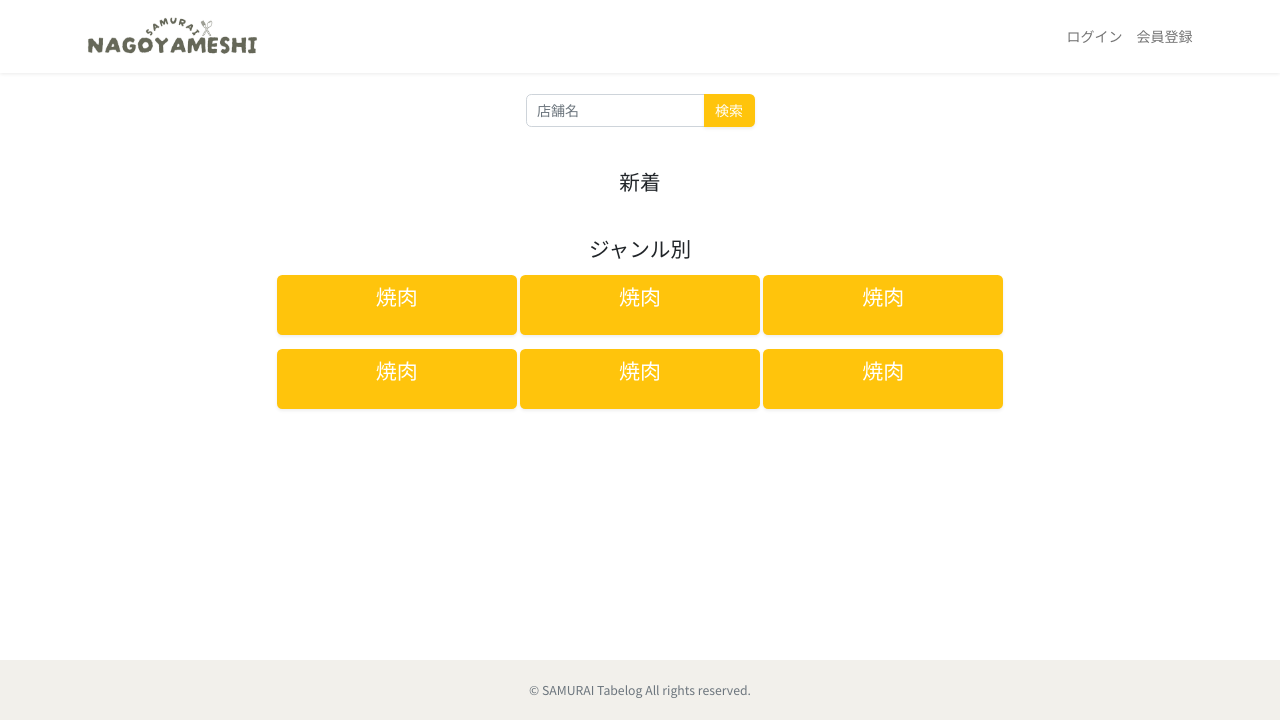
Repository: Mofu-Ya/springboot-tabelog-kadai
Page: http://localhost/index
The author's editor kept a copy of each file at every save. The page is drawn from the files as they stood at one save, then again after the next save.
The browser window is 1280 px wide. The pictures show the whole page.
The page is this project's Thymeleaf template; nobody is signed in. The template is opened directly, without the code that normally fills it, so the values that code supplies are empty.

Above is the page before, as saved 2025-01-18 02:10:29.

After the next save:
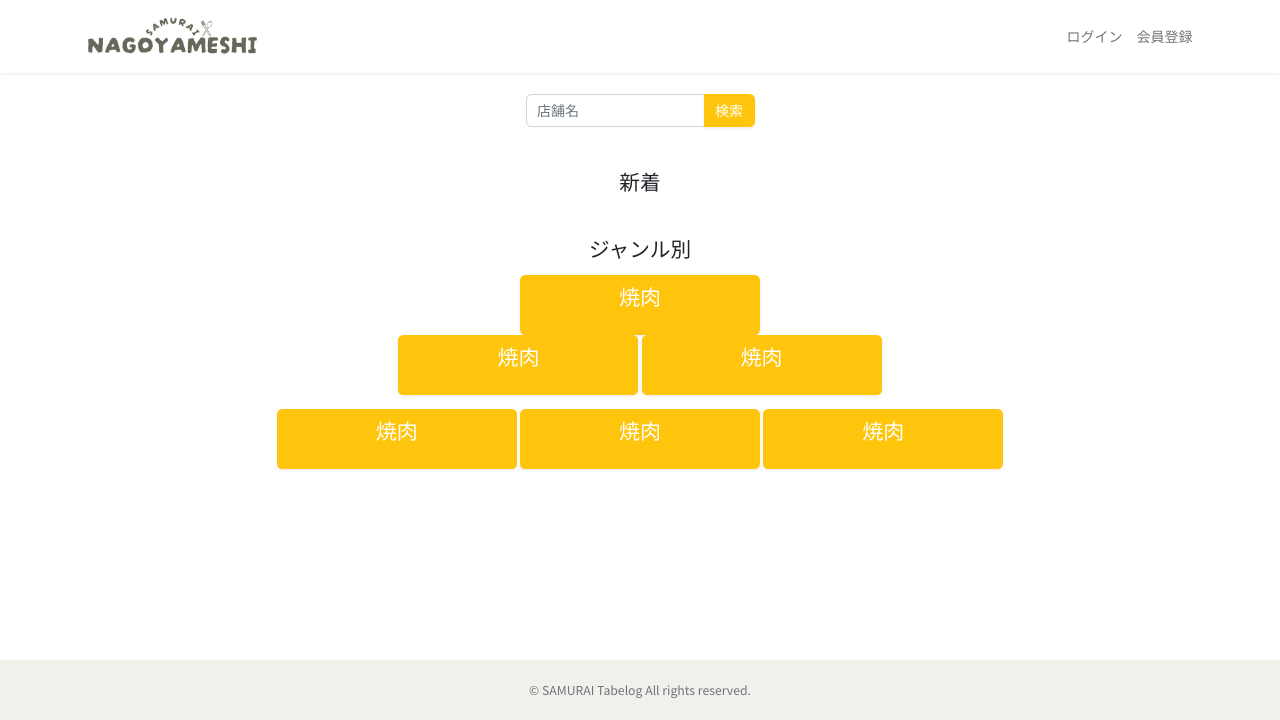
Saved 2 min 22 s later.
--- a/kadai_002/samuraitabelog/src/main/resources/templates/index.html
+++ b/kadai_002/samuraitabelog/src/main/resources/templates/index.html
@@ -64,7 +64,9 @@
 
 						 <div class="row mb-3">
 							 <div class="col text-center">
+								 <div class="d-flex justify-content-center">
 							<a class="btn text-white shadow-sm category-btn samuraitabelog-btn" th:href="@{/restaurants}">焼肉</a>
+						 	</div>
 						 	<a class="btn text-white shadow-sm category-btn samuraitabelog-btn" th:href="@{/restaurants}">焼肉</a>
 						 	<a class="btn text-white shadow-sm category-btn samuraitabelog-btn" th:href="@{/restaurants}">焼肉</a>
 						 	</div>

After the save that followed:
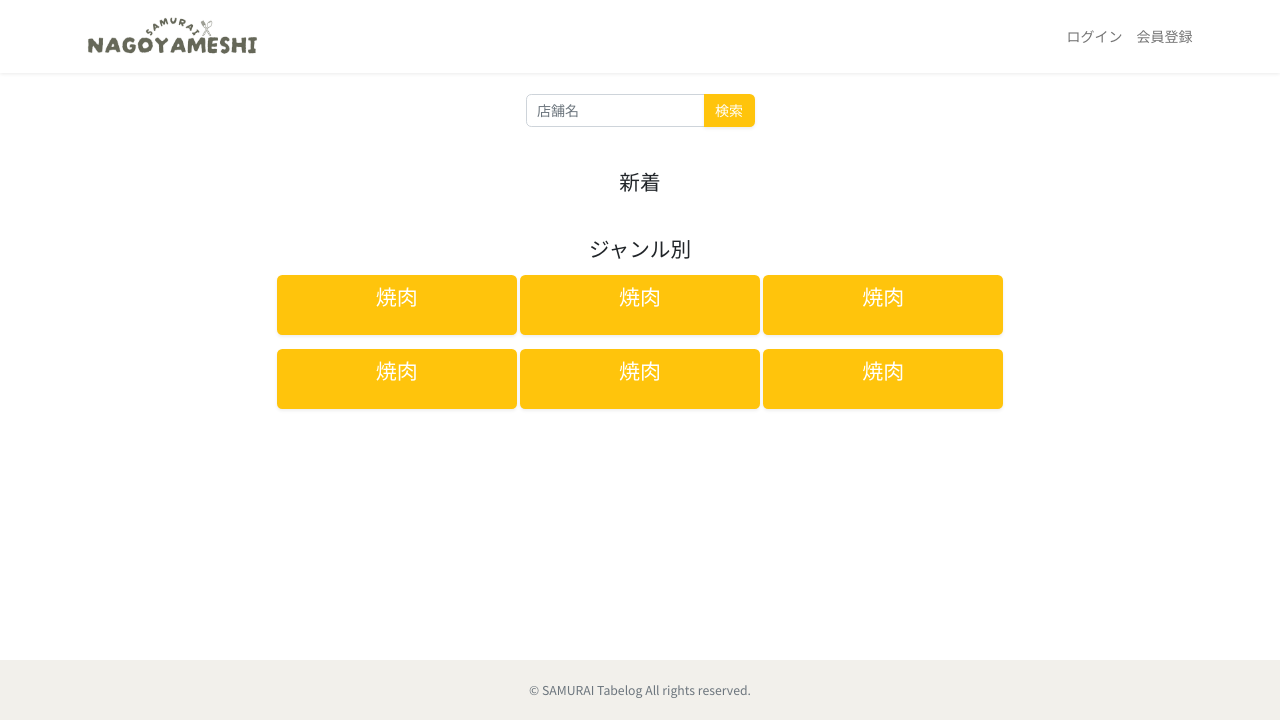
Saved 25 s later.
--- a/kadai_002/samuraitabelog/src/main/resources/templates/index.html
+++ b/kadai_002/samuraitabelog/src/main/resources/templates/index.html
@@ -64,9 +64,7 @@
 
 						 <div class="row mb-3">
 							 <div class="col text-center">
-								 <div class="d-flex justify-content-center">
 							<a class="btn text-white shadow-sm category-btn samuraitabelog-btn" th:href="@{/restaurants}">焼肉</a>
-						 	</div>
 						 	<a class="btn text-white shadow-sm category-btn samuraitabelog-btn" th:href="@{/restaurants}">焼肉</a>
 						 	<a class="btn text-white shadow-sm category-btn samuraitabelog-btn" th:href="@{/restaurants}">焼肉</a>
 						 	</div>
